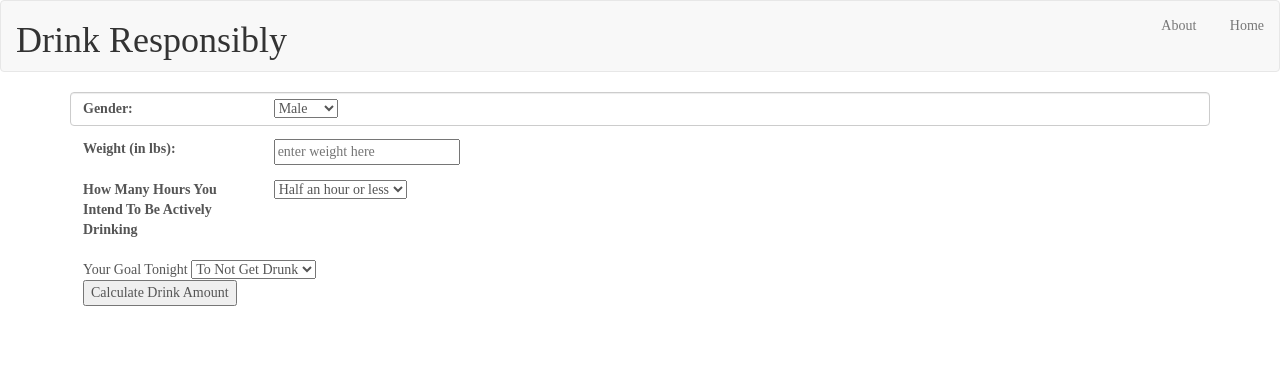
Repository: NatNat180/DrinkResponsibly
Page: http://localhost/DrinkResponsibly/form
These files come from the project's save history. The page is drawn as it stood at one moment and after the next save; the edit follows.
The browser window is 1280 px wide. The pictures show the whole page.
Some web fonts or font styles are not loaded; a fallback is used. The page is served by Tomcat 9. Other server files are loaded and not shown.

Above is the page before, as saved 2016-04-07 15:49:23.

### DrinkResponsibly/WebContent/WEB-INF/index.jsp
<%@ page language="java" contentType="text/html; charset=UTF-8"
    pageEncoding="ISO-8859-1"%>
<%@ taglib prefix="c" uri="http://java.sun.com/jsp/jstl/core" %>
<!DOCTYPE html>
<html lang="eng">
<head>
<meta http-equiv="Content-Type" content="text/html; charset=UTF-8">
<link rel="stylesheet" type="text/css" href="bootstrap/css/bootstrap.css"/>
<link rel="stylesheet" type="text/css" href="css/style.css"/>
<title>Drink Responsibly</title>
</head>
<body>
<c:import url="/WEB-INF/navigation.html"/>
<section class="container">
<form class="form-control" method="post" action="calculate-drink-amount">

<div class="form-group row">
<label class="col-sm-2 form-control-label">Gender:</label>
<div class="col-sm-10">
<select name="gender">
	<option value="male">Male</option>
	<option value="female">Female</option>
</select>
</div>
</div>

<div class="form-group row">
<label class="col-sm-2 form-control-label">Weight (in lbs):</label>
<div class="col-sm-10">
<input type="text" name="weight" placeholder="enter weight here" required>
</div>
</div>

<div class="form-group row">
<label class="col-sm-2 form-control-label">How Many Hours You Intend To Be Actively Drinking</label>
<div class="col-sm-10">
<select name="drink-time">
	<option value="0">Half an hour  or less</option>
	<option value="1">1</option>
	<option value="2">2</option>
	<option value="3">3</option>
	<option value="4">4</option>
	<option value="5">5</option>
	<option value="6">6</option>
	<option value="7">7</option>
	<option value="8">8</option>
	<option value="9">9</option>
	<option value="10">10</option>
	<option value="11">11</option>
	<option value="12">12+</option>
</select>
</div>
</div>

Your Goal Tonight
<select name="goal">
	<option value="drunk">To Not Get Drunk</option>
	<option value="sick">To Not Get Sick</option>
</select>
<br>

<input type="submit" value="Calculate Drink Amount" name="submit">
</form>
</section>
</body>
</html>

### DrinkResponsibly/WebContent/WEB-INF/navigation.html
<nav class="navbar navbar-default" role="navigation">
	<div class="container-fluid">
		<div class="navbar-header">
		  <h1  class="nav-title">Drink Responsibly</h1>
		</div>
		<ul class="nav navbar-nav navbar-right">
			<li id="right"><a href="">&nbsp;About</a>
			<li id="right"><a href="form">&nbsp;Home</a>
		</ul>
	</div>
	</nav>
	<!--<nav class="nav-tabs" role="navigation">
	<h1  class="nav-title">Drink Responsibly</h1>
		<ul class="nav navbar-nav navbar-right">
			<li id="right"><a href="">&nbsp;About</a>
			<li id="right"><a href="form">&nbsp;Home</a>
		</ul>
	</nav>-->

### DrinkResponsibly/src/com/application/Form.java
package com.application;

import java.io.IOException;
import javax.servlet.ServletException;
import javax.servlet.annotation.WebServlet;
import javax.servlet.http.HttpServlet;
import javax.servlet.http.HttpServletRequest;
import javax.servlet.http.HttpServletResponse;

@WebServlet("/form")
public class Form extends HttpServlet {
	private static final long serialVersionUID = 1L;

    public Form() {
        super();

    }

	protected void doPost(HttpServletRequest request, HttpServletResponse response) throws ServletException, IOException {

		doGet(request, response);
	}

	protected void doGet(HttpServletRequest request, HttpServletResponse response) throws ServletException, IOException {

		request.getServletContext().getRequestDispatcher("/WEB-INF/index.jsp").forward(request, response);
	}

}

### DrinkResponsibly/WebContent/css/style.css
@import url(https://fonts.googleapis.com/css?family=Fjalla+One|Poiret+One|Bitter|Arvo|Amatic+SC:400,700);

/*
font-family: 'Fjalla One', sans-serif;
font-family: 'Poiret One', cursive;
font-family: 'Bitter', serif;
font-family: 'Arvo', serif;
font-family: 'Amatic SC', cursive;
*/

h1 {font-family: 'Poiret One', cursive;}
body {font-family: 'Arvo', serif;}

a:hover{
	text-decoration: none;
}

form p {
	margin-top: 5px;
	margin-bottom: 5px;
}

Loaded but not shown: DrinkResponsibly/WebContent/bootstrap/css/bootstrap.css (library)

After the next save:
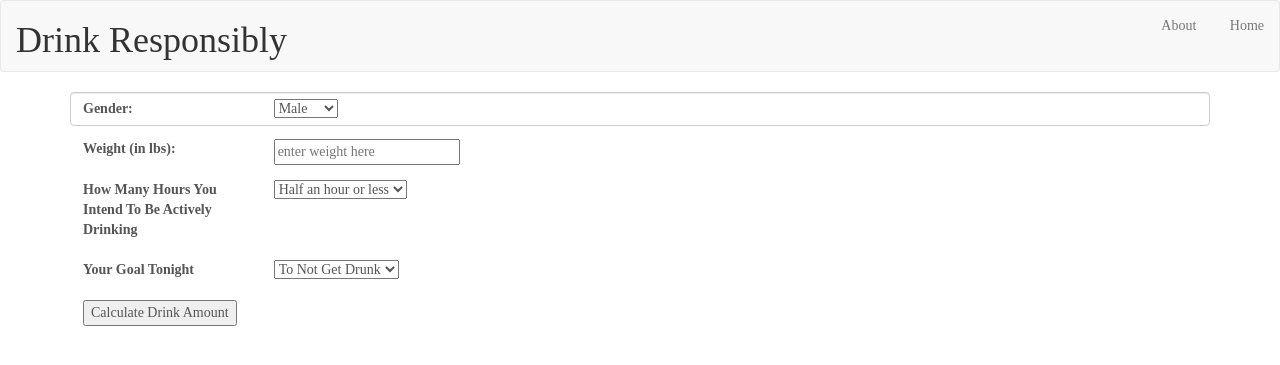
Saved 72 s later.
--- a/DrinkResponsibly/WebContent/WEB-INF/index.jsp
+++ b/DrinkResponsibly/WebContent/WEB-INF/index.jsp
@@ -52,12 +52,15 @@
 </div>
 </div>
 
-Your Goal Tonight
+<div class="form-group row">
+<label class="col-sm-2 form-control-label">Your Goal Tonight</label>
+<div class="col-sm-10">
 <select name="goal">
 	<option value="drunk">To Not Get Drunk</option>
 	<option value="sick">To Not Get Sick</option>
 </select>
-<br>
+</div>
+</div>
 
 <input type="submit" value="Calculate Drink Amount" name="submit">
 </form>
